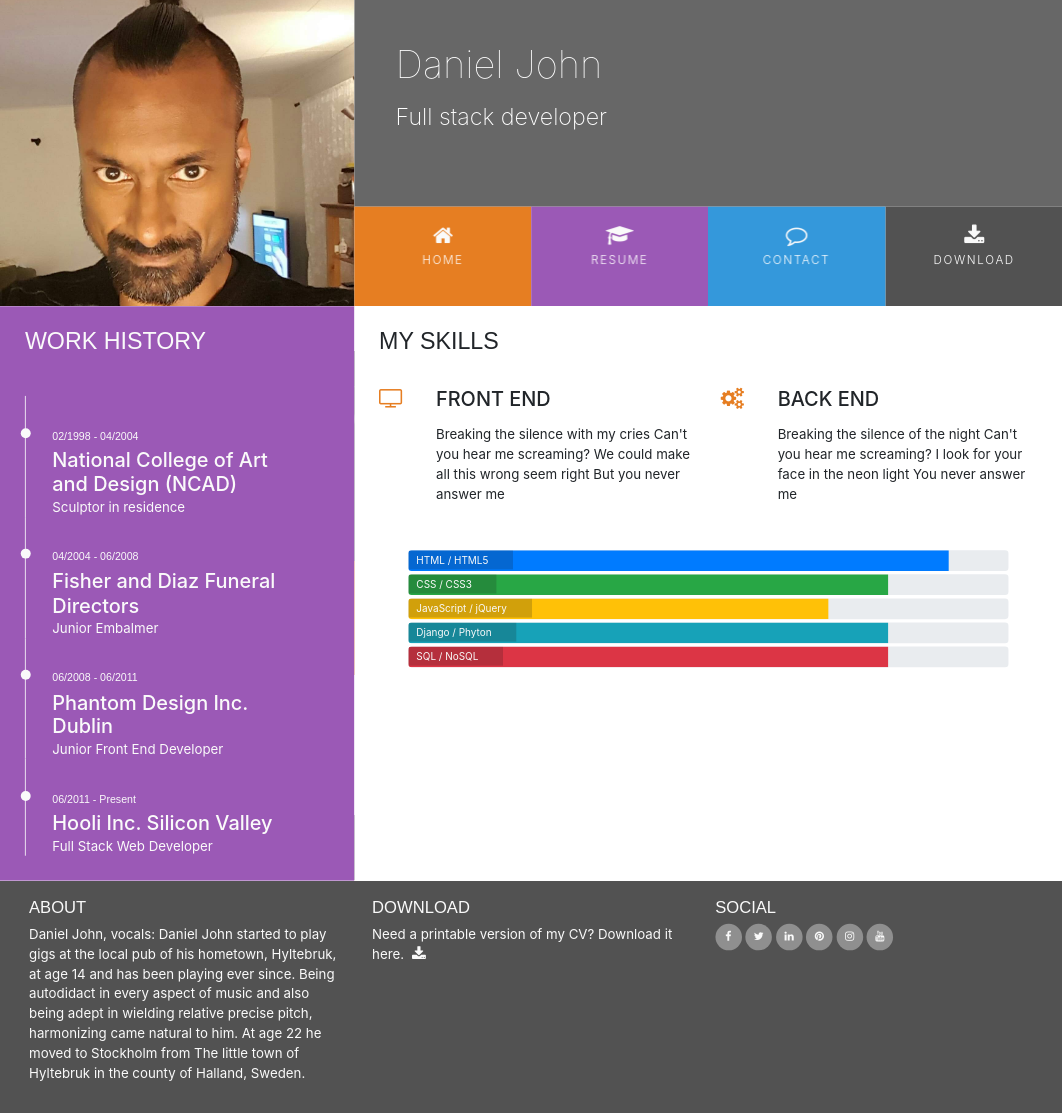
Repository: Jadehammar/initial-commit
Page: resume.html
The author's editor kept a record of every edit. The page is drawn from the files as they stood at one moment, then again after the next edit.
The browser window is 1280 px wide. The pictures show the whole page, at 83% of full size.

Above is the page before.

### resume.html
<!DOCTYPE html>
<html lang="en">

<head>
    <meta charset="UTF-8">
    <meta name="viewport" content="width=device-width, initial-scale=1.0">
    <meta http-equiv="X-UA-Compatible" content="ie=edge">
    <link rel="stylesheet" href="https://stackpath.bootstrapcdn.com/font-awesome/4.7.0/css/font-awesome.min.css" type="text/css" />
    <link rel="stylesheet" href="https://cdnjs.cloudflare.com/ajax/libs/hover.css/2.3.1/css/hover-min.css" type="text/css" />
    <link rel="stylesheet" href="https://stackpath.bootstrapcdn.com/bootstrap/4.3.1/css/bootstrap.min.css" type="text/css" />
    <link rel="stylesheet" href="assets/css/style.css" type="text/css" />
    <title>Daniel John resume</title>
</head>

<body>
    <header>
        <div class="row no-gutters">
            <a href="index.html" class="col-md-4 logo"></a>
            <div class="col-md-8">
                <div class="row no-gutters bg-color-name-title">
                    <div class="col heading">
                        <h1 class="name">Daniel John</h1>
                        <h2 class="title">Full stack developer</h2>
                    </div>
                </div>
                <div class="row no-gutters">
                    <div class="col">
                        <ul id="nav" class="list-inline menucontainer">
                            <li class="col-6 col-sm-3 ui-menue-color-home list-inline-item menueitem">
                                <a href="#" class="hvr-sweep-to-bottom"><i class="fa fa-home" aria-hidden="true"></i><span>Home</span></a>
                            </li>
                            <li class="col-6 col-sm-3 ui-menue-color-resume list-inline-item menueitem">
                                <a href="#" class="hvr-sweep-to-bottom"><i class="fa fa-graduation-cap" aria-hidden="true"></i><span>Resume</span></a>
                            </li>
                            <li class="col-6 col-sm-3 ui-menue-color-contact list-inline-item menueitem">
                                <a href="#" class="hvr-sweep-to-bottom"><i class="fa fa-comment-o" aria-hidden="true"></i><span>Contact</span></a>
                            </li>
                            <li class="col-6 col-sm-3 ui-menue-color-download list-inline-item menueitem">
                                <a href="#" class="hvr-sweep-to-bottom"><i class="fa fa-download" aria-hidden="true"></i><span>Download</span></a>
                            </li>

                        </ul>
                    </div>
                </div>
            </div>
    </header>
    <section class="container-fluid">
        <div class="row">
            <div class="col-md-4 bg-color-work-history section-column">
                <div class="row">
                    <div class="col-12">
                        <h3 class="history-heading uppercase">
                            Work history
                        </h3>
                    </div>
                </div>
                <div class="history-items">

                    <div class="timeline-item" data-dates="02/1998 - 04/2004">
                        <h4>National College of Art and Design (NCAD)</h4>
                        <p>Sculptor in residence</p>
                    </div>
                    <div class="timeline-item" data-dates="04/2004 - 06/2008">
                        <h4>Fisher and Diaz Funeral Directors</h4>
                        <p>Junior Embalmer</p>
                    </div>
                    <div class="timeline-item" data-dates="06/2008 - 06/2011">
                        <h4>Phantom Design Inc. Dublin</h4>
                        <p>Junior Front End Developer</p>
                    </div>
                    <div class="timeline-item" data-dates="06/2011 - Present">
                        <h4>Hooli Inc. Silicon Valley</h4>
                        <p>Full Stack Web Developer</p>
                    </div>
                </div>
            </div>
            <div class="col-md-8 bg-color-three-reasons section-column">
                <div class="row">
                    <div class="col">
                        <h3 class="section-heading uppercase">My Skills</h3>
                    </div>
                </div>
                <div class="row">
                    <div class="col-10 offset-1 offset-sm-0 col-sm-4 col-md-6">
                        <div class="row">
                            <div class="col-2">
                                <i class="three-reasons-icon fa fa-tv" aria-hidden="true"></i>
                            </div>
                            <div class="col-10">
                                <h4 class="three-reasons-heading uppercase">Front End</h4>
                                <p>
                                    Breaking the silence with my cries Can't you hear me screaming? We could make all this wrong seem right But you never answer me
                                </p>
                            </div>
                        </div>
                    </div>
                    <div class="col-10 offset-1 offset-sm-0 col-sm-4 col-md-6">
                        <div class="row">
                            <div class="col-2">
                                <i class="three-reasons-icon fa fa-gears" aria-hidden="true"></i>
                            </div>
                            <div class="col-10">
                                <h4 class="three-reasons-heading uppercase">Back End</h4>
                                <p>
                                    Breaking the silence of the night Can't you hear me screaming? I look for your face in the neon light You never answer me
                                </p>
                            </div>
                        </div>
                    </div>
                </div>
                <div class="row progress-section">
                    <div class="col">
                        <div class="progress">
                            <div class="progress-bar" role="progressbar" aria-valuenow="90" aria-valuemin="0" aria-valuemax="100" style="width:90%;">
                                <span class="sr-only">90% complete</span>
                            </div>
                            <span class="progress-type">HTML / HTML5</span>
                        </div>
                        <div class="progress">
                            <div class="progress-bar bg-success" role="progressbar" aria-valuenow="80" aria-valuemin="0" aria-valuemax="100" style="width:80%;">
                                <span class="sr-only">80% complete</span>
                            </div>
                            <span class="progress-type">CSS / CSS3</span>
                        </div>
                        <div class="progress">
                            <div class="progress-bar bg-warning" role="progressbar" aria-valuenow="70" aria-valuemin="0" aria-valuemax="100" style="width:70%;">
                                <span class="sr-only">70% complete</span>
                            </div>
                            <span class="progress-type">JavaScript / jQuery</span>
                        </div>
                        <div class="progress">
                            <div class="progress-bar bg-info" role="progressbar" aria-valuenow="80" aria-valuemin="0" aria-valuemax="100" style="width:80%;">
                                <span class="sr-only">80% complete</span>
                            </div>
                            <span class="progress-type">Django / Phyton</span>
                        </div>
                        <div class="progress">
                            <div class="progress-bar bg-danger" role="progressbar" aria-valuenow="80" aria-valuemin="0" aria-valuemax="100" style="width:80%;">
                                <span class="sr-only">80% complete</span>
                            </div>
                            <span class="progress-type">SQL / NoSQL</span>
                        </div>
                    </div>
                </div>
    </section>
    <footer class="container-fluid">
        <div id="footer-details" class="row">
            <div class="col-sm-4">
                <h5 class="uppercase general-sub">About</h5>
                <p class="inline-block">
                    Daniel John, vocals: Daniel John started to play gigs at the local pub of his hometown, Hyltebruk, at age 14 and has been playing ever since. Being autodidact in every aspect of music and also being adept in wielding relative precise pitch, harmonizing
                    came natural to him. At age 22 he moved to Stockholm from The little town of Hyltebruk in the county of Halland, Sweden.
                </p>
            </div>
            <div class="col-sm-4">
                <h5 class="uppercase general-sub">Download</h5>
                <p class="inline-block">
                    Need a printable version of my CV? Download it here.
                    <a href="#" taraget="_blank" class="cv-pdf">
                        <i class="fa fa-download" aria-hidden="true"></i>
                        <span class="sr-only">Download link.</span>
                    </a>
                </p>
            </div>
            <div class="col-sm-4">
                <h5 class="uppercase general-sub">social</h5>
                <ul class="list-inline social-links">
                    <li class="list-inline-item">
                        <a target="_blank" href="#">
                            <i class="fa fa-facebook" aria-hidden="true"></i>
                            <span class="sr-only">Facebook</span>
                        </a>
                    </li>
                    <li class="list-inline-item">
                        <a target="_blank" href="#">
                            <i class="fa fa-twitter" aria-hidden="true"></i>
                            <span class="sr-only">Twitter</span>
                        </a>
                    </li>
                    <li class="list-inline-item">
                        <a target="_blank" href="#">
                            <i class="fa fa-linkedin" aria-hidden="true"></i>
                            <span class="sr-only">LinkedIn</span>
                        </a>
                    </li>
                    <li class="list-inline-item">
                        <a target="_blank" href="#">
                            <i class="fa fa-pinterest" aria-hidden="true"></i>
                            <span class="sr-only">Pinterest</span>
                        </a>
                    </li>
                    <li class="list-inline-item">
                        <a target="_blank" href="#">
                            <i class="fa fa-instagram" aria-hidden="true"></i>
                            <span class="sr-only">Instagram</span>
                        </a>
                    </li>
                    <li class="list-inline-item">
                        <a target="_blank" href="#">
                            <i class="fa fa-youtube" aria-hidden="true"></i>
                            <span class="sr-only">YouTube</span>
                        </a>
                    </li>
                </ul>
            </div>
        </div>

    </footer>

</body>

</html>

### assets/css/style.css
@import url('https://fonts.googleapis.com/css?family=Roboto:100,200,300,400,500,600,700│exo:100,200,300,400,500,600,700');

/*---------------------------------------------color-------------------------------------*/

.bg-color-name-title {
    background-color: #676767;
}

.bg-color-three-reasons {
    background-color: #fff;
}

.bg-color-personal-info {
    background-color: #f4f4f4;
}

.ui-menue-color-home {
    background-color: #e67e22;

}

.ui-menue-color-resume {
    background-color: #9b59b6;

}

.ui-menue-color-contact {
    background-color: #3498db;

}

.ui-menue-color-download {
    background-color: #525252;

}

.bg-color-work-history {
    background-color: #9b59b6;
}


/*---------------------------------------------Special padding/margins/text-------------------------------------*/

h1,
h2,
h3,
h4 {
    margin: 0;
}

.uppercase {
    text-transform: uppercase;
}

.general-sub {
    font-family: "Exo", sans-serif;
    font-weight: 300;
    color: #fafafa;
}

.inline-block {
    display: inline-block;
}

.row-table {
    display: table;
}

.section-column {
    display: table-cell;
    padding: 0 30px 30px;
    float: none;
}

.history-heading,
.section-heading {
    font-family: "Exo", sans-serif;
    font-weight: 300;
    margin-bottom: 40px;
    margin-top: 25px;
}

/*---------------------------------------------Heading-------------------------------------*/

header {
    margin: 0;
}

.heading {
    margin-left: 50px;

}

.logo {
    background: url("../images/närbild_p.jpg");
    background-position: center;
    background-repeat: no-repeat;
    background-size: cover;
    min-height: 360px;
    transition: all .75s ease-in-out;
    -moz-transition: all .75s ease-in-out;
    -webkit-transition: all .75s ease-in-out;
    -o-transition: all .75s ease-in-out;
}

.name {
    font-family: "Exo" sans-serif;
    font-weight: 100;
    font-size: 46px;
    margin-top: 50px;
    color: #fff;
}

.title {
    font-family: "Roboto" sans-serif;
    font-weight: 200;
    font-size: 28px;
    margin-top: 20px;
    margin-bottom: 90px;
    color: #fff;
}

.list-inline-item:not(:last-child) {
    margin: 0;
}

.menucontainer {
    font-size: 0;
}

#nav li {
    font-size: 14px;
    padding: 0;
}

#nav {
    margin: 0;
}

.menueitem {
    height: 120px;
    text-align: center;
    padding: 0;
}

.menueitem a {
    width: 100%;
    text-decoration: none;
    color: #fff;
    height: 120px;
}

.menueitem a i {
    padding-top: 22px;
    display: block;
    color: #fafafa;
    font-size: 26px;
}

.menueitem span {
    display: block;
    width: 100%;
    padding-top: 5px;
    text-align: center;
    text-transform: uppercase;
    font-size: 14px;
    font-weight: 300;
    letter-spacing: 2px;
}


/*---------------------------------------------Hover.css-------------------------------------*/

.hvr-sweep-to-bottom:before {
    background: rgba(0, 0, 0, 0.2);
    height: 120px;
}

/*---------------------------------------------Footer-------------------------------------*/

footer {
    background-color: #525252;
    color: #fafafa;
    min-height: 120px;
    margin: 0;
}

.cv-pdf i {
    font-size: 18px;
    color: #fafafa;
    text-align: center;
    padding-left: 5px;
    transition: all 0.35s ease-in-out;
    -moz-transition: all 0.35s ease-in-out;
    -webkit-transition: all 0.35s ease-in-out;
    -o-transition: all 0.35 ease-in-out;
}

.cv-pdf i:hover {
    color: #e84160;
    font-size: 19px;
}

.social-links {
    padding-bottom: 15px;
}


.social-links li a i {
    width: 32px;
    height: 32px;
    padding: 12px 0;
    border-radius: 50%;
    font-size: 13px;
    line-height: 7px;
    text-align: center;
    color: #fafafa;
    background: #8f8f8f;
    transition: all 0.35s ease-in-out;
    -moz-transition: all 0.35s ease-in-out;
    -webkit-transition: all 0.35s ease-in-out;
    -o-transition: all 0.35 ease-in-out;
}

.social-links li a i:hover {
    background: #e84610;
}

#footer-details {
    padding: 20px;
}

/*---------------------------------------------Three reasons-------------------------------------*/

.three-reasons-icon {
    font-size: 26px;
    color: #e67e22;
}

.three-reasons-heading {
    margin-bottom: 15px;
}

/*---------------------------------------------Personal info-------------------------------------*/

.personal-info-item {
    margin-bottom: 20px;
    display: block;
    clear: both;

}

.personal-info-item .key,
.personal-info-item .value {
    padding-right: 8px;
    display: inline-block;
}

.personal-info-item .key p,
.personal-info-item .value p {
    margin: 0;
}

.personal-info-item .key {
    width: 30%;
    margin-right: 21px;
    padding-top: 2px;
    vertical-align: top;

}

.personal-info-item .key p {
    font-weight: 700;
}

.personal-info-item .value {
    position: relative;
    width: 60%;

}

/*---------------------------------------------Skills-------------------------------------*/

.progress {
    position: relative;
    height: 25px;
    margin-bottom: 4px;
}

.progress-type {
    position: absolute;
    left: 0px;
    font-weight: 400;
    padding: 3px 30px 2px 10px;
    color: #fafafa;
    background-color: rgba(25, 25, 25, 0.2);
}

.progress-section {
    margin: 40px 20px;

}

/*---------------------------------------------Work-history-------------------------------------*/

.history-heading {
    color: #fafafa;
    margin-bottom: 50px;
}

.timeline-item {
    padding: 4em 2em 0em 2em;
    position: relative;
    color: #fafafa;
    border-left: 1px solid;
}

.timeline-item p {
    padding: 0;
    margin: 0;
}

.timeline-item:before {
    content: attr(data-dates);
    position: absolute;
    left: 2.5em;
    top: 3em;
    display: block;
    font-family: "Exo", sans-serif;
    font-weight: 500;
    font-size: 0.8em;
    padding: 0;
    margin: 0;
}

.timeline-item:after {
    width: 12px;
    height: 12px;
    display: block;
    top: 2.4em;
    position: absolute;
    left: -6px;
    border-radius: 12px;
    content: '';
    background: #fafafa;
}

After the next edit:
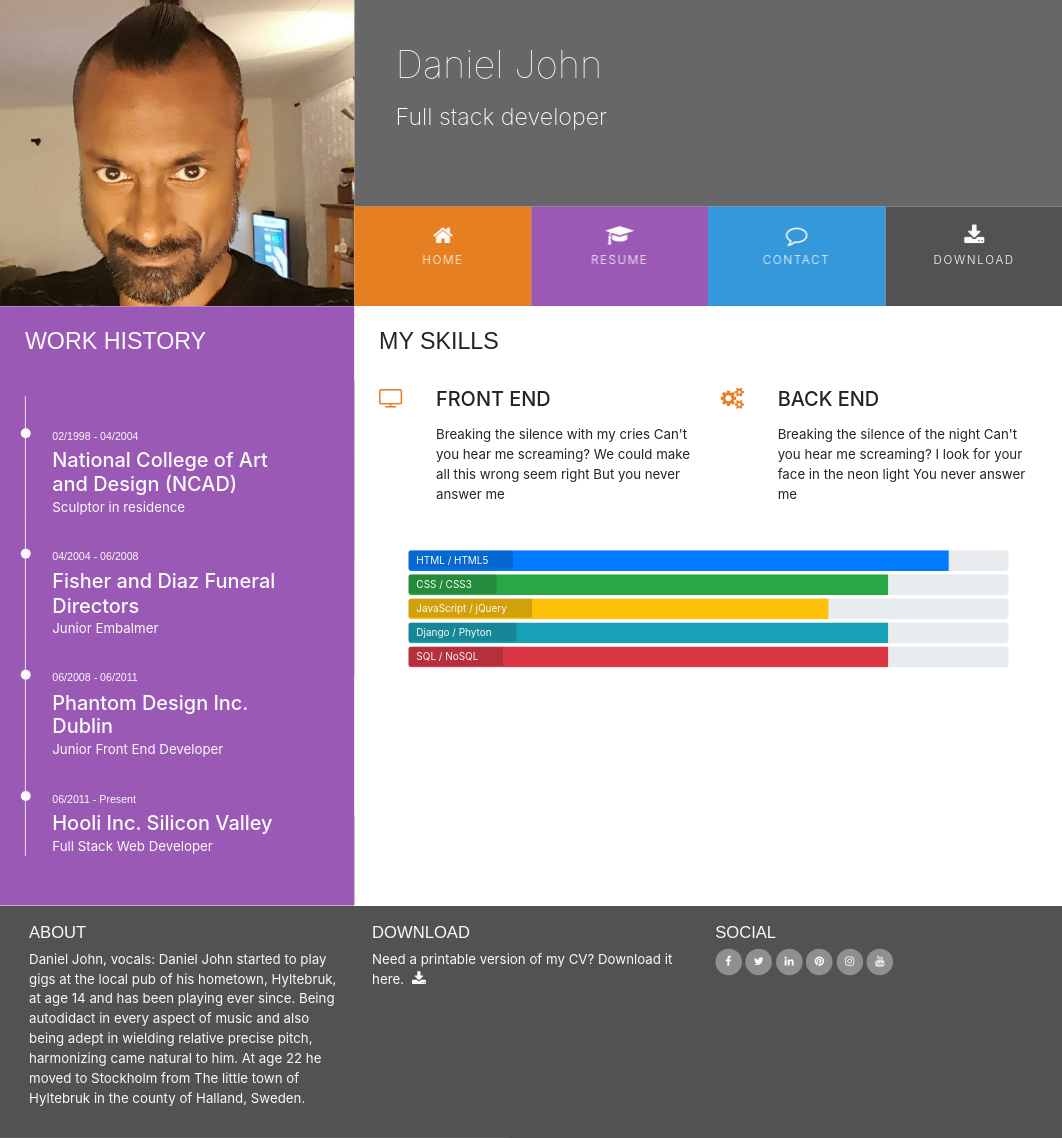
The edit:
--- a/assets/css/style.css
+++ b/assets/css/style.css
@@ -344,3 +344,7 @@ footer {
     content: '';
     background: #fafafa;
 }
+
+.history-items {
+    margin-bottom: 30px;
+}
